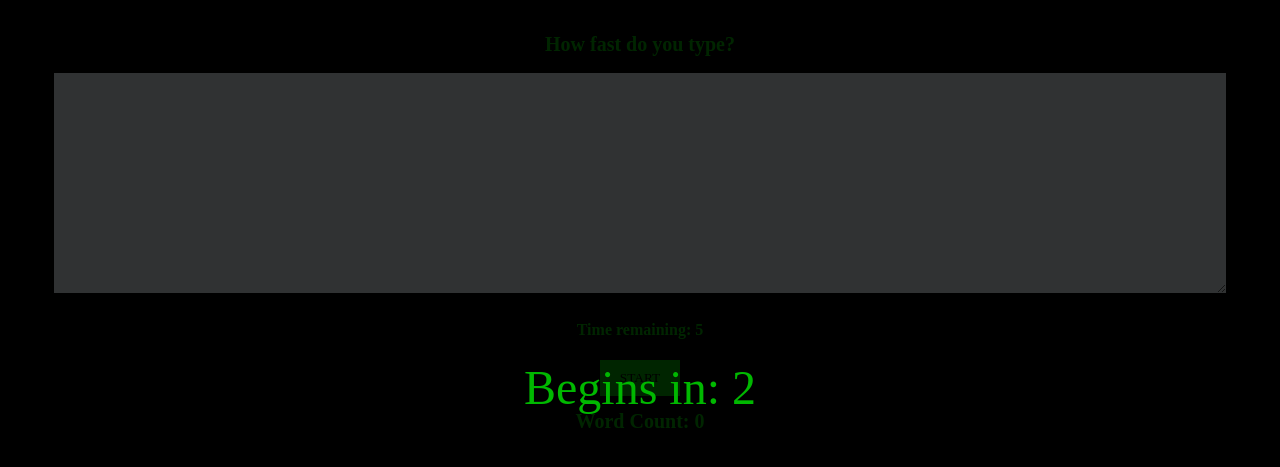
Repository: Lakshyyaa/Speed-Test
Page: /, after clicking the first element matching `button`
These files come from the project's save history. The page is drawn as it stood at one moment and after the next save; the edit follows.
The browser window is 1280 px wide. The pictures show the whole page.
The page's requests for data from a server got no answer. The project was rebuilt for these pictures with package versions that can differ from the ones it lists, and the page was loaded fresh each time. No one was signed in, and anything a server would have sent is missing. Also part of the build but not shown: src/Logic.js.

Above is the page before, as saved 2023-04-05 15:46:39.

### src/index.js
import React from 'react';
import ReactDOM from 'react-dom/client';
import App from './App';
import reportWebVitals from './reportWebVitals';
import styles from './styles.css'
const root = ReactDOM.createRoot(document.getElementById('root'));
root.render(
  //<React.StrictMode>
    <App />
  //</React.StrictMode>
);
reportWebVitals();

### src/App.js
// correct its css for speed tester
import React, { useState, useEffect, useRef, useContext } from "react";
import Logic from "./Logic";
function App(props) {
  const { handleChange, text, start, areaRef, time, handleStart, count } = Logic()
  const [timerText, setTimerText] = useState(5)
  const [words, setWords]=useState([])
  const countdowndiv = useRef(null)
  const maindiv = useRef(null)
  const countdown = () => {
    countdowndiv.current.style.display = 'block'
    maindiv.current.style.opacity = '0.2'
    timerLoop(5)
  }
  useEffect(() => {
    fetch('https://random-word-api.herokuapp.com/word?number=10')
      .then(x => x.json())
      .then(y => console.log(y))
  },[words])
  function timerLoop(i) {
    if (i > 0) {
      setTimerText(i)
      setTimeout(() => {
        i--
        timerLoop(i)
      }, 1000)
    }
    else if (i === 0) {
      handleStart();
      countdowndiv.current.style.display = 'none'
      maindiv.current.style.opacity = '1'
    }
  }
  return (
    <div>
      <div className="countdown" ref={countdowndiv}>
        Begins in: {timerText}
      </div>
      <div ref={maindiv}>
        <h1>How fast do you type?</h1>
        <textarea
          onChange={handleChange}
          value={text}
          disabled={!start}
          ref={areaRef}

        />
        <h4>Time remaining: {time}</h4>
        <button onClick={() => countdown()} disabled={start}>Start</button>
        {/* cant directly call the wordCount here like handleChange because event listener automatically passes the e */}
        <h1>Word Count: {count}</h1>
      </div>
    </div>
  )
}
export default App;

### src/styles.css
html,
body {
    background: black;
    color: #00b800;
    margin: 0;
    padding: 0;
    padding-top: 10px;
    text-align: center;
    font-family: 'Press Start 2P', cursive;
}

.countdown {
    z-index: 20;
    position: fixed;
    top: 50%;
    /* left: 50%; */
    /* transform: translate(-50%, -50%);  */
    font-size: 3rem;
    display: none;
    height: 100%;
    width: 100%;
}

body {
    font-weight: 400;
}

button {
    font-family: 'Press Start 2P', cursive;
    display: block;
    margin: 0 auto;
    border: none;
    background: #a80020;
    background: #00b800;
    padding: 10px 20px;
    text-transform: uppercase;
}

h1 {
    font-size: 20px;
}

textarea {
    font-family: 'Press Start 2P', cursive;
    border: 3px solid black;
    width: 90%;
    margin: 0 auto;
    outline: none;
    height: 200px;
    background: #00b800;
    padding: 10px;
}

button:disabled {
    background-color: aliceblue;
}

textarea:disabled {
    background-color: aliceblue;
}

Loaded but not shown: src/reportWebVitals.js (common file)

After the next save:
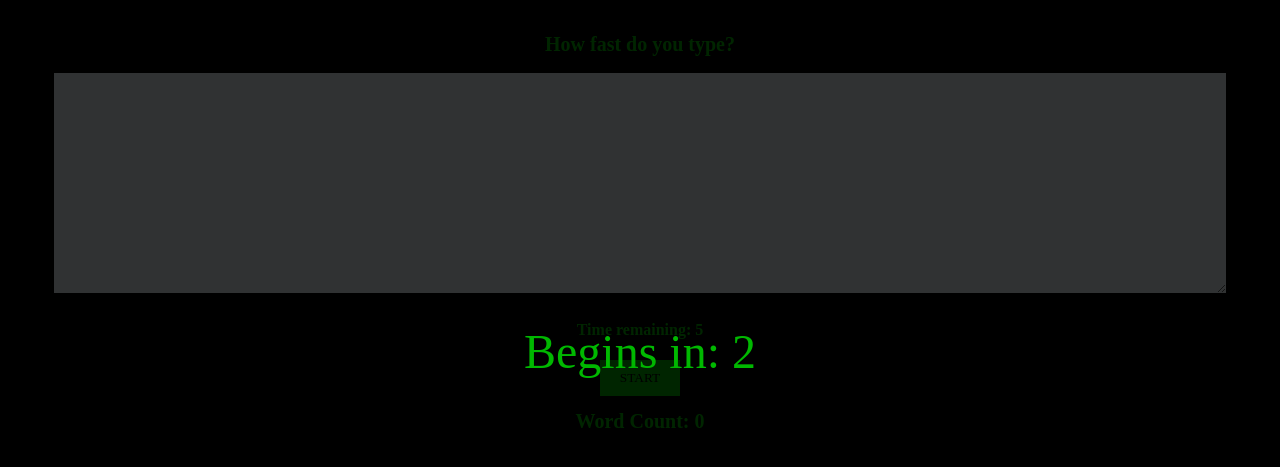
Saved 9 min 45 s later.
--- a/src/styles.css
+++ b/src/styles.css
@@ -12,7 +12,7 @@ body {
 .countdown {
     z-index: 20;
     position: fixed;
-    top: 50%;
+    top: 45%;
     /* left: 50%; */
     /* transform: translate(-50%, -50%);  */
     font-size: 3rem;
